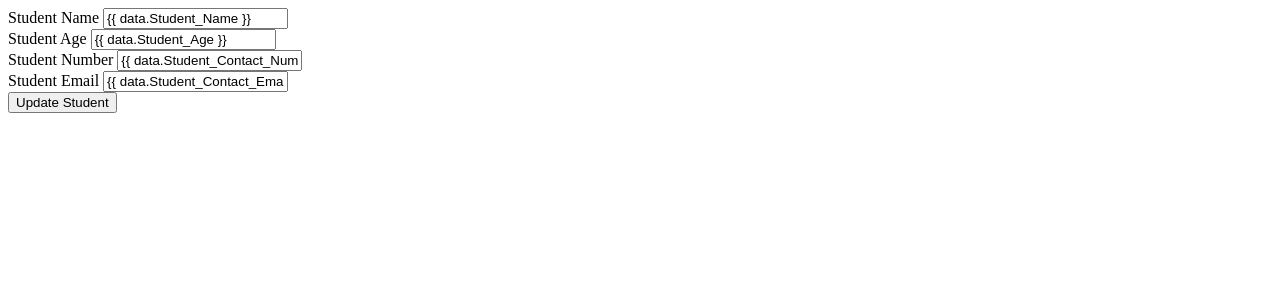
Repository: V-Neelagandan/Student-Mangement-Flask
Page: Templates/edit_form.html
An editor plug-in stored every save of this project. The page is shown before and after a run of saves, followed by the edit.
The browser window is 1280 px wide. The pictures show the whole page.

Above is the page before, as saved 2025-06-04 23:42:52.

### Templates/edit_form.html
<!DOCTYPE html>
<html lang="en">
<head>
    <meta charset="UTF-8">
    <meta name="viewport" content="width=device-width, initial-scale=1.0">
    <title>Update Data</title>
</head>
<body>
 <form method="POST">
  <div>
    <label for="student_name">Student Name</label>
    <input type="text" id="student_name" name="Student_Name" value="{{ data.Student_Name }}" class="form-control" />
  </div>

  <div>
    <label for="student_age">Student Age</label>
    <input type="text" id="student_age" name="Student_Age" value="{{ data.Student_Age }}" class="form-control" />
  </div>

  <div>
    <label for="student_number">Student Number</label>
    <input type="text" id="student_number" name="Student_Contact_Number" value="{{ data.Student_Contact_Number }}" class="form-control" />
  </div>

  <div>
    <label for="student_email">Student Email</label>
    <input type="text" id="student_email" name="Student_Contact_Email" value="{{ data.Student_Contact_Email }}" class="form-control" />
  </div>
  <!-- ✅ Button is now inside the form -->
  <button type="submit">Update Student</button>
</form>
</body>
</html>

After the next 2 saves:
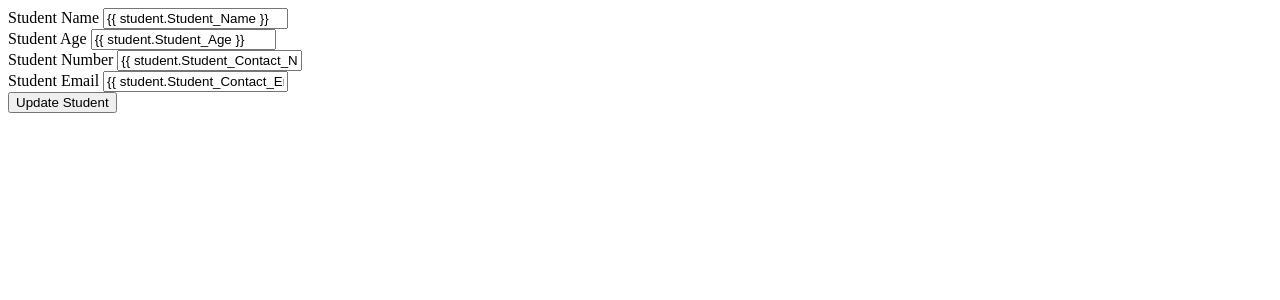
The 2 saves are shown as one change because they came seconds apart.
The last was saved 3 min 37 s later.
--- a/Templates/edit_form.html
+++ b/Templates/edit_form.html
@@ -9,22 +9,22 @@
  <form method="POST">
   <div>
     <label for="student_name">Student Name</label>
-    <input type="text" id="student_name" name="Student_Name" value="{{ data.Student_Name }}" class="form-control" />
+    <input type="text" id="student_name" name="Student_Name" value="{{ student.Student_Name }}" class="form-control" />
   </div>
 
   <div>
     <label for="student_age">Student Age</label>
-    <input type="text" id="student_age" name="Student_Age" value="{{ data.Student_Age }}" class="form-control" />
+    <input type="text" id="student_age" name="Student_Age" value="{{ student.Student_Age }}" class="form-control" />
   </div>
 
   <div>
     <label for="student_number">Student Number</label>
-    <input type="text" id="student_number" name="Student_Contact_Number" value="{{ data.Student_Contact_Number }}" class="form-control" />
+    <input type="text" id="student_number" name="Student_Contact_Number" value="{{ student.Student_Contact_Number }}" class="form-control" />
   </div>
 
   <div>
     <label for="student_email">Student Email</label>
-    <input type="text" id="student_email" name="Student_Contact_Email" value="{{ data.Student_Contact_Email }}" class="form-control" />
+    <input type="text" id="student_email" name="Student_Contact_Email" value="{{ student.Student_Contact_Email }}" class="form-control" />
   </div>
   <!-- ✅ Button is now inside the form -->
   <button type="submit">Update Student</button>
